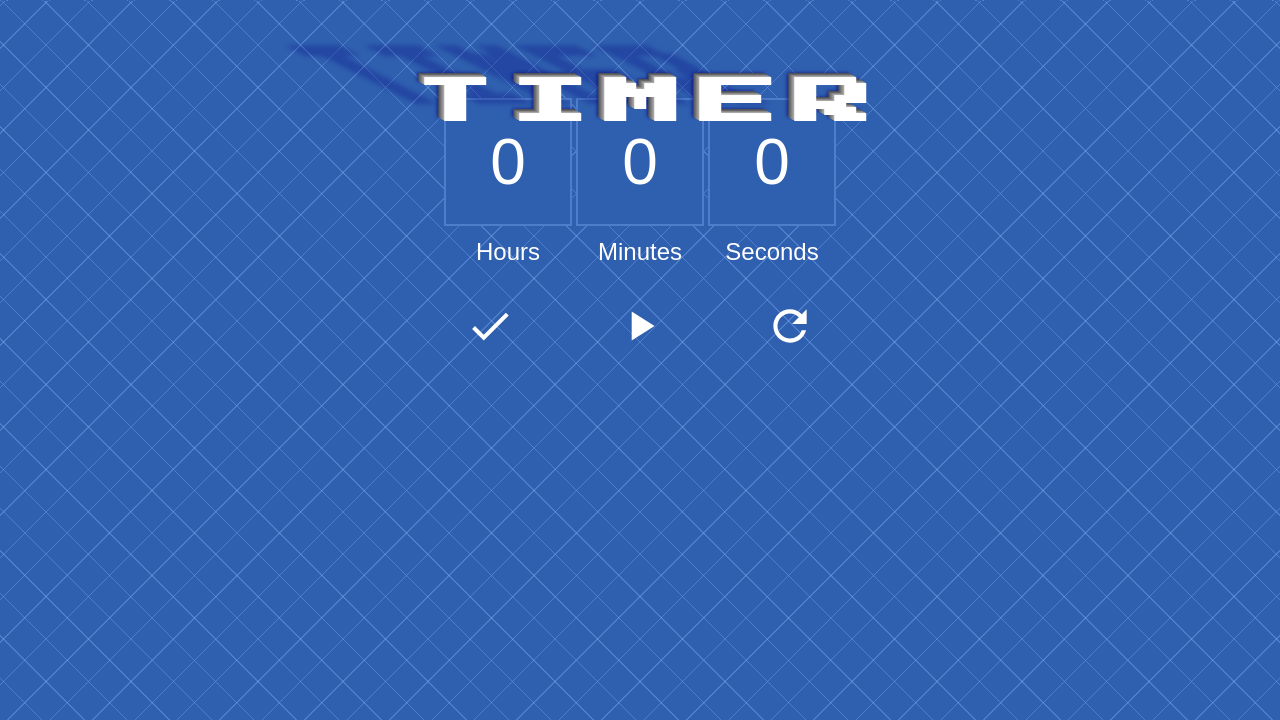
Repository: KrzysKolo/Projekt-12_Timer
Page: index.html
These files come from the project's save history. The page is drawn as it stood at one moment and after the next save; the edit follows.
The browser window is 1280 px wide. The pictures show the whole page.
Some web fonts or font styles are not loaded; a fallback is used.

Above is the page before, as saved 2020-06-24 22:51:01.

After the next save:
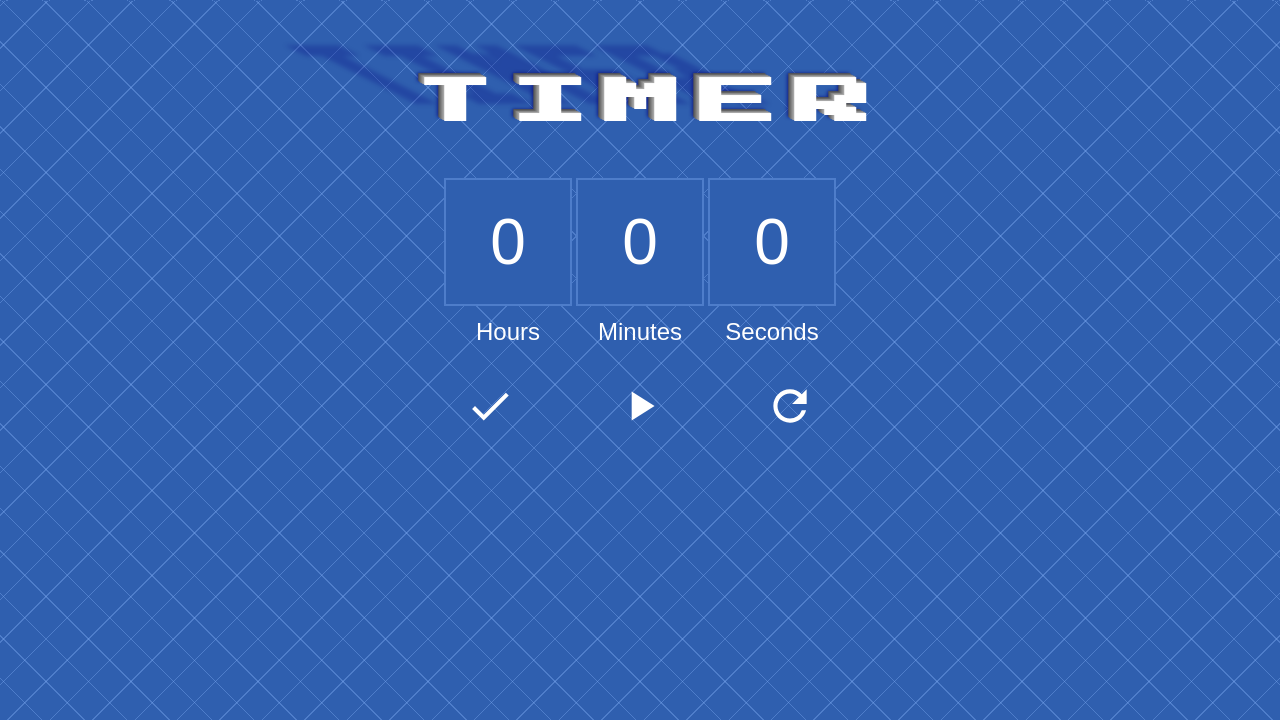
Saved 56 s later.
--- a/css/style.css
+++ b/css/style.css
@@ -90,6 +90,7 @@ body {
 }
 .timer__clock {
   display: flex;
+  padding-top: 5rem;
 }
 .timer__buttons {
   width: 450px;
